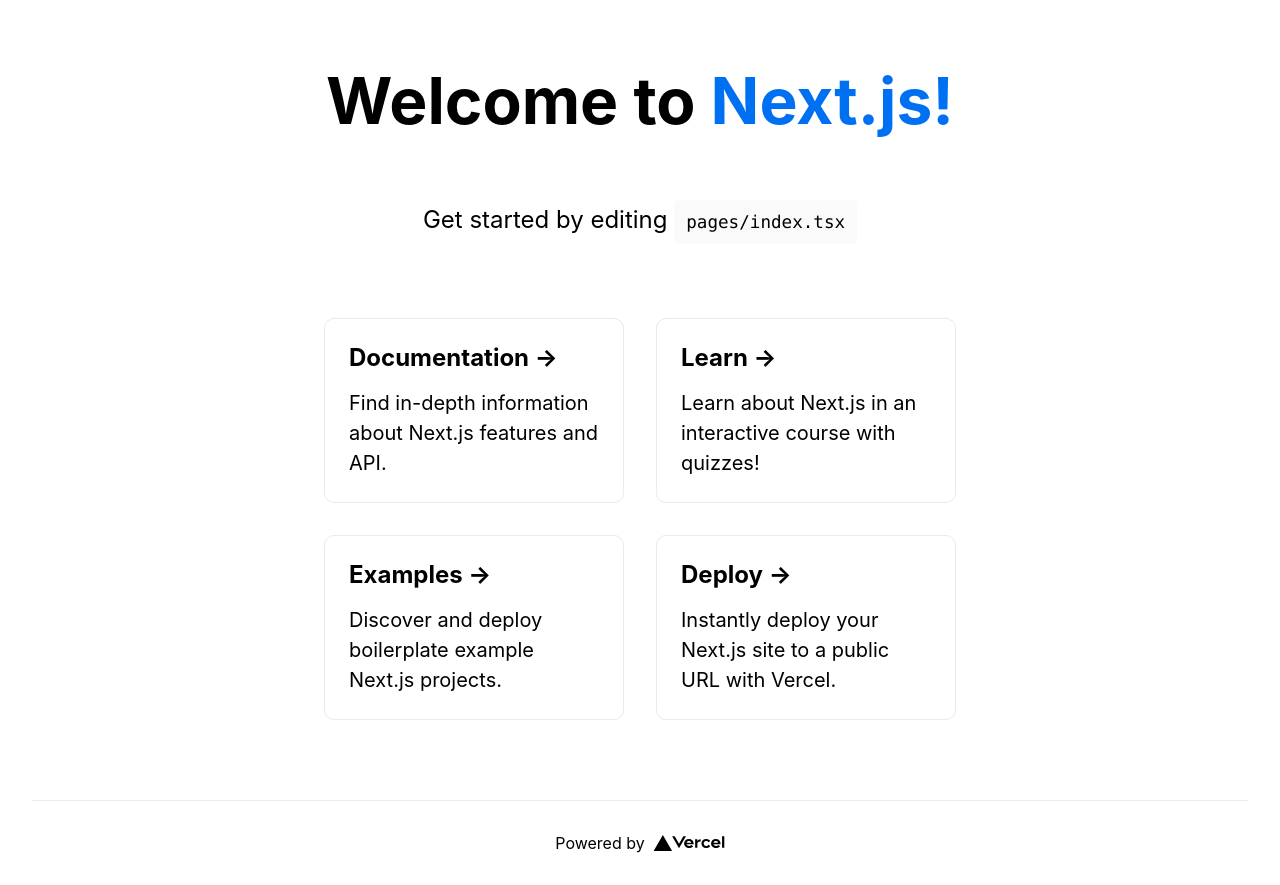
Repository: duncanidaho14/next-first-app
Page: /
The author's editor kept a copy of each file at every save. The page is drawn from the files as they stood at one save, then again after a run of saves.
The browser window is 1280 px wide. The pictures show the whole page.
The project was rebuilt for these pictures with package versions that can differ from the ones it lists, and the page was loaded fresh each time. The framework's server and built-in components were replaced by stand-ins that run in the browser. Also part of the build but not shown: next.config.js.

Above is the page before, as saved 2022-03-06 11:13:50.

### pages/index.tsx
import type { NextPage } from 'next'
import Head from 'next/head'
import Image from 'next/image'
import styles from '../styles/Home.module.css'

const Home: NextPage = () => {
  return (
    <div className={styles.container}>
      <Head>
        <title>Les meilleurs joueurs de foot</title>
        <meta name="description" content="Les meilleurs joueurs de foot de la planète à travers l'histoire..." />
        <link rel="icon" href="/favicon.ico" />
      </Head>

      <main className={styles.main}>
        <h1 className={styles.title}>
          Welcome to <a href="https://nextjs.org">Next.js!</a>
        </h1>

        <p className={styles.description}>
          Get started by editing{' '}
          <code className={styles.code}>pages/index.tsx</code>
        </p>

        <div className={styles.grid}>
          <a href="https://nextjs.org/docs" className={styles.card}>
            <h2>Documentation &rarr;</h2>
            <p>Find in-depth information about Next.js features and API.</p>
          </a>

          <a href="https://nextjs.org/learn" className={styles.card}>
            <h2>Learn &rarr;</h2>
            <p>Learn about Next.js in an interactive course with quizzes!</p>
          </a>

          <a
            href="https://github.com/vercel/next.js/tree/canary/examples"
            className={styles.card}
          >
            <h2>Examples &rarr;</h2>
            <p>Discover and deploy boilerplate example Next.js projects.</p>
          </a>

          <a
            href="https://vercel.com/new?utm_source=create-next-app&utm_medium=default-template&utm_campaign=create-next-app"
            className={styles.card}
          >
            <h2>Deploy &rarr;</h2>
            <p>
              Instantly deploy your Next.js site to a public URL with Vercel.
            </p>
          </a>
        </div>
      </main>

      <footer className={styles.footer}>
        <a
          href="https://vercel.com?utm_source=create-next-app&utm_medium=default-template&utm_campaign=create-next-app"
          target="_blank"
          rel="noopener noreferrer"
        >
          Powered by{' '}
          <span className={styles.logo}>
            <Image src="/vercel.svg" alt="Vercel Logo" width={72} height={16} />
          </span>
        </a>
      </footer>
    </div>
  )
}

export default Home

Loaded but not shown: pages/_app.tsx (common file); styles/globals.css (common file); styles/Home.module.css (common file)

After the next 3 saves:
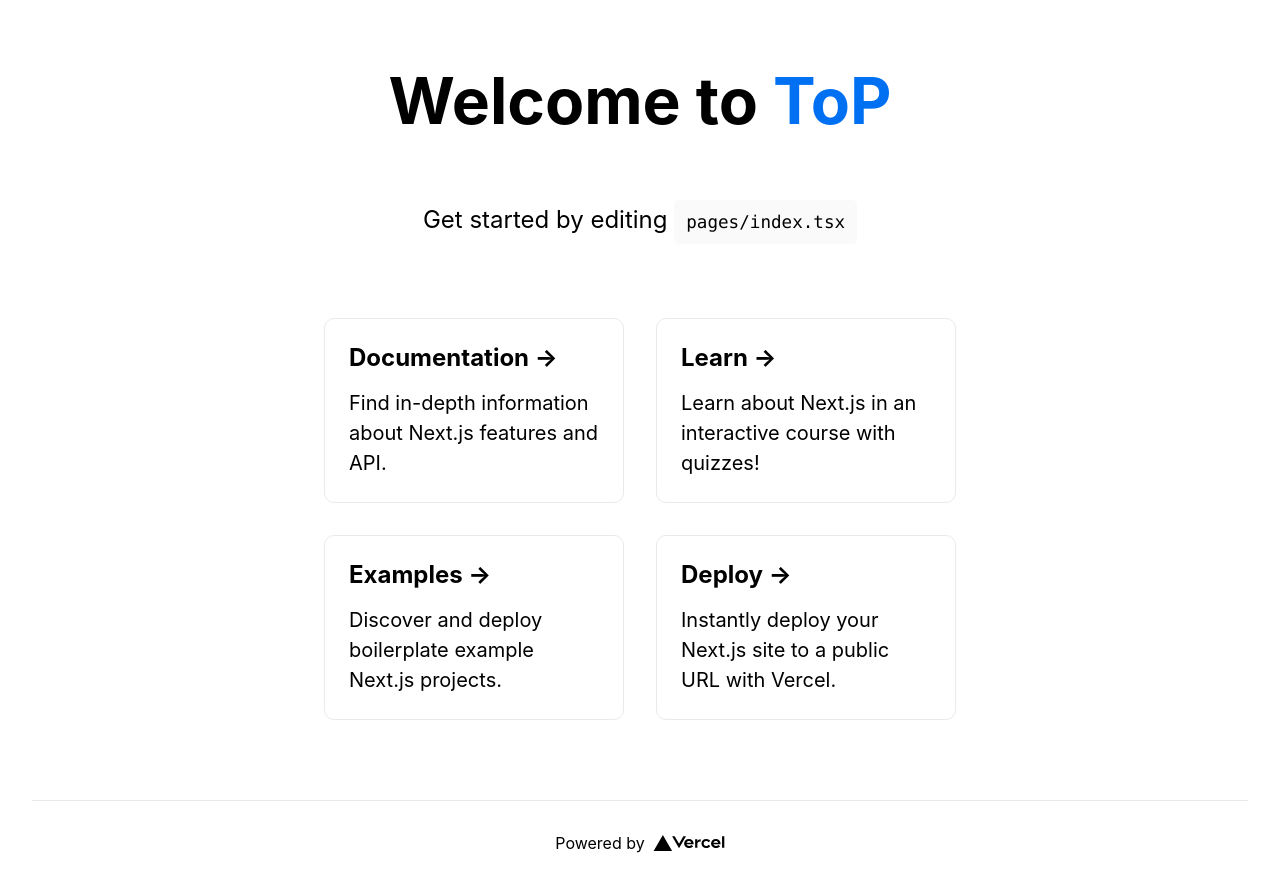
The 3 saves are shown as one change because they came seconds apart.
The last was saved 31 s later.
--- a/pages/index.tsx
+++ b/pages/index.tsx
@@ -14,7 +14,7 @@
 
       <main className={styles.main}>
         <h1 className={styles.title}>
-          Welcome to <a href="https://nextjs.org">Next.js!</a>
+          Welcome to <a href="https://nextjs.org">ToP</a>
         </h1>
 
         <p className={styles.description}>
